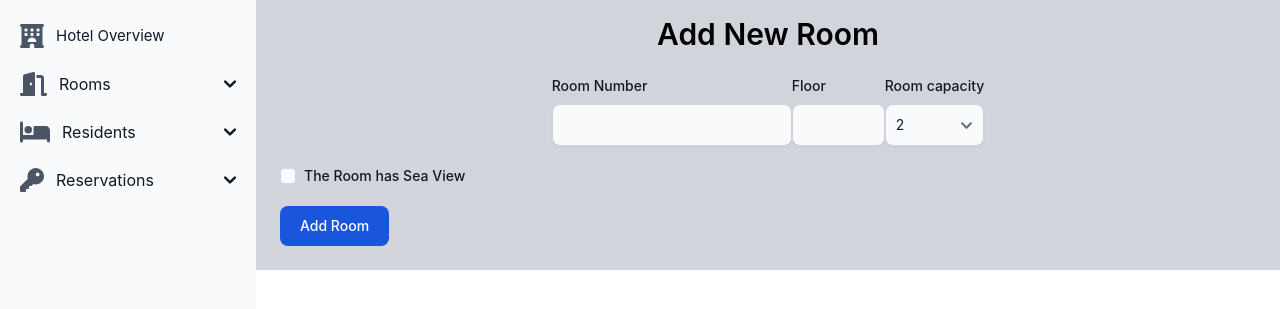
Repository: aggepap/hotelReservationsProj
Page: /rooms/add (app in admin-panel/)
The author's editor kept a copy of each file at every save. The page is drawn from the files as they stood at one save, then again after the next save.
The browser window is 1280 px wide. The pictures show the whole page.
The project was rebuilt for these pictures with package versions that can differ from the ones it lists, and the page was loaded fresh each time. Also part of the build but not shown: admin-panel/vite.config.ts, admin-panel/src/views/HomeView.vue.

Above is the page before, as saved 2025-01-19 16:02:35.

After the next save:
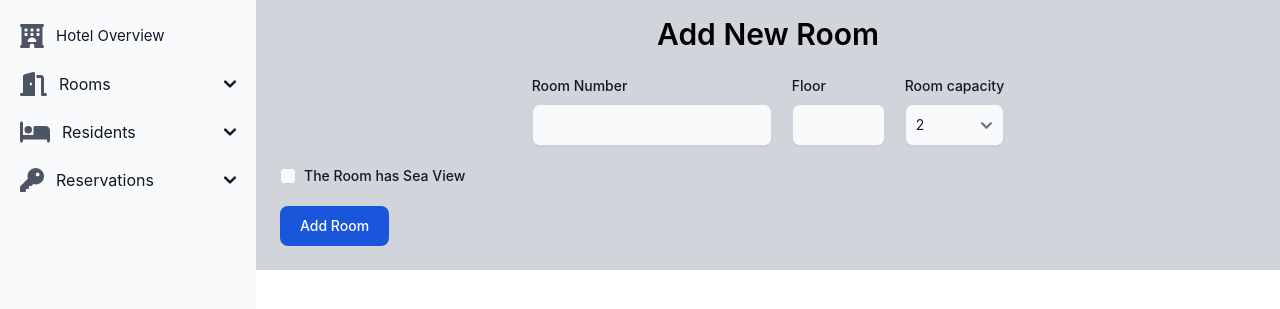
Saved 14 s later.
--- a/admin-panel/src/views/roomviews/AddRoomView.vue
+++ b/admin-panel/src/views/roomviews/AddRoomView.vue
@@ -5,7 +5,7 @@
     Add New Room
   </h2>
   <form class="w-full mx-auto">
-    <div class="flex items-center justify-center">
+    <div class="flex items-center justify-center gap-5">
       <div class="mb-5">
         <label
           for="newRoomNumber"
